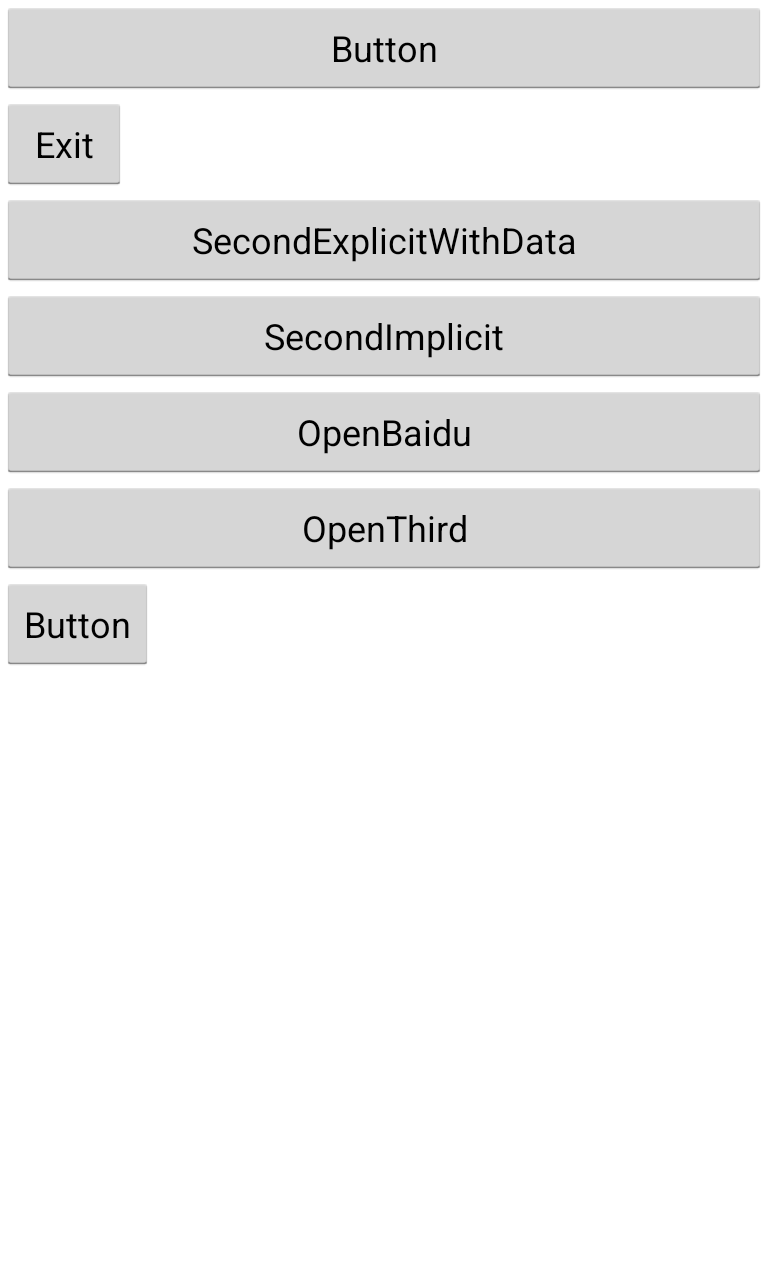
Repository: GUNDAMR/firstcode_android
Layout: C2ActivityTest/res/layout/first_layout.xml
These files come from the project's save history. The layout is drawn as it stood at one moment and after the next save; the edit follows.
It is drawn on a 768 x 1280 px phone screen (xhdpi) without system bars, with theme AppTheme; the app's code is not run.

Above is the layout before, as saved 2014-12-09 09:54:39.

### C2ActivityTest/res/layout/first_layout.xml
<?xml version="1.0" encoding="utf-8"?>
<LinearLayout xmlns:android="http://schemas.android.com/apk/res/android"
    android:layout_width="match_parent"
    android:layout_height="match_parent"
    android:orientation="vertical" >

    <Button
        android:id="@+id/button3"
        android:layout_width="match_parent"
        android:layout_height="wrap_content"
        android:text="Button" />

    <Button
        android:id="@+id/button_exit"
        android:layout_width="wrap_content"
        android:layout_height="wrap_content"
        android:text="Exit" />

    <Button
        android:id="@+id/btn_second_explicit"
        android:layout_width="match_parent"
        android:layout_height="wrap_content"
        android:text="SecondExplicitWithData" />

    <Button
        android:id="@+id/btn_second_implicit"
        android:layout_width="match_parent"
        android:layout_height="wrap_content"
        android:text="SecondImplicit" />

    <Button
        android:id="@+id/btn_web"
        android:layout_width="match_parent"
        android:layout_height="wrap_content"
        android:text="OpenBaidu" />

    <Button
        android:id="@+id/btn_third"
        android:layout_width="match_parent"
        android:layout_height="wrap_content"
        android:text="OpenThird" />

    <Button
        android:id="@+id/btn_first"
        android:layout_width="wrap_content"
        android:layout_height="wrap_content"
        android:text="Button" />

</LinearLayout>

Loaded but not shown: C2ActivityTest/res/values/styles.xml (common file); C2ActivityTest/res/values-v11/styles.xml (common file); C2ActivityTest/res/values-v14/styles.xml (common file)

After the next save:
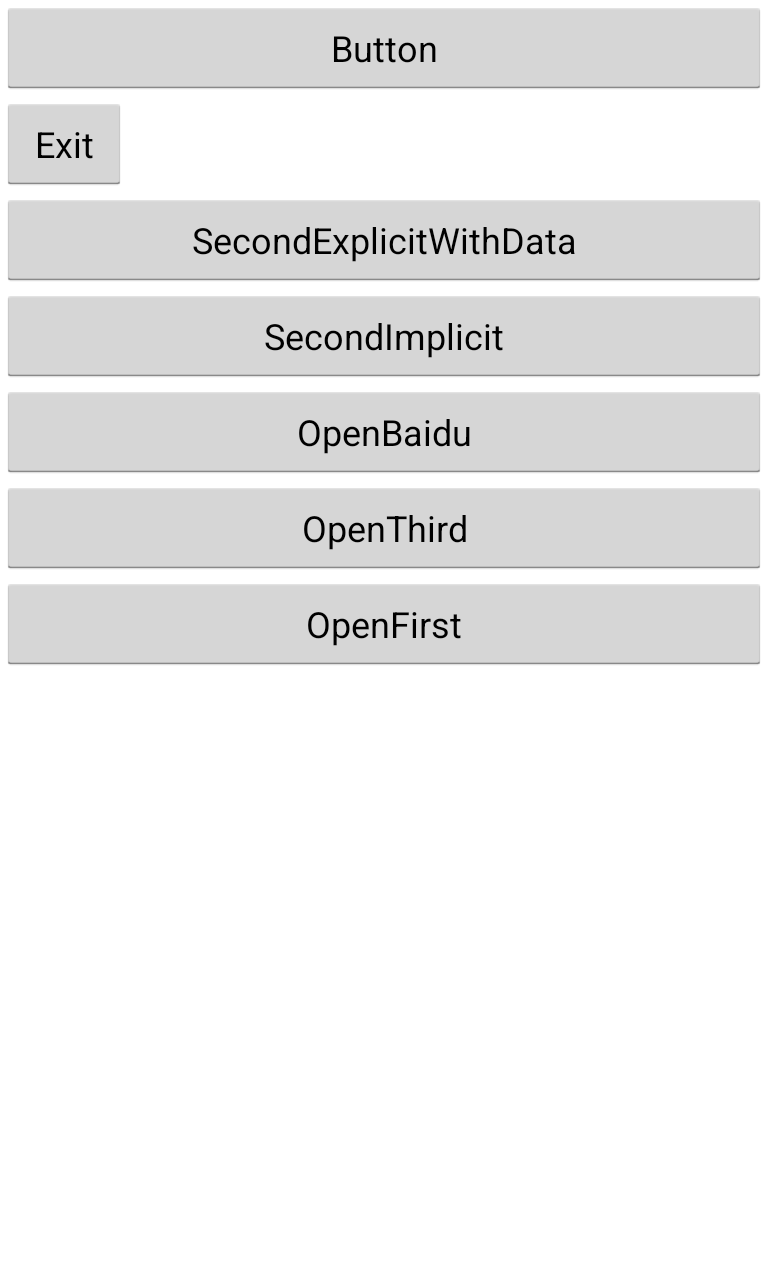
Saved 31 s later.
--- a/C2ActivityTest/res/layout/first_layout.xml
+++ b/C2ActivityTest/res/layout/first_layout.xml
@@ -42,8 +42,8 @@
 
     <Button
         android:id="@+id/btn_first"
-        android:layout_width="wrap_content"
+        android:layout_width="match_parent"
         android:layout_height="wrap_content"
-        android:text="Button" />
+        android:text="OpenFirst" />
 
 </LinearLayout>
